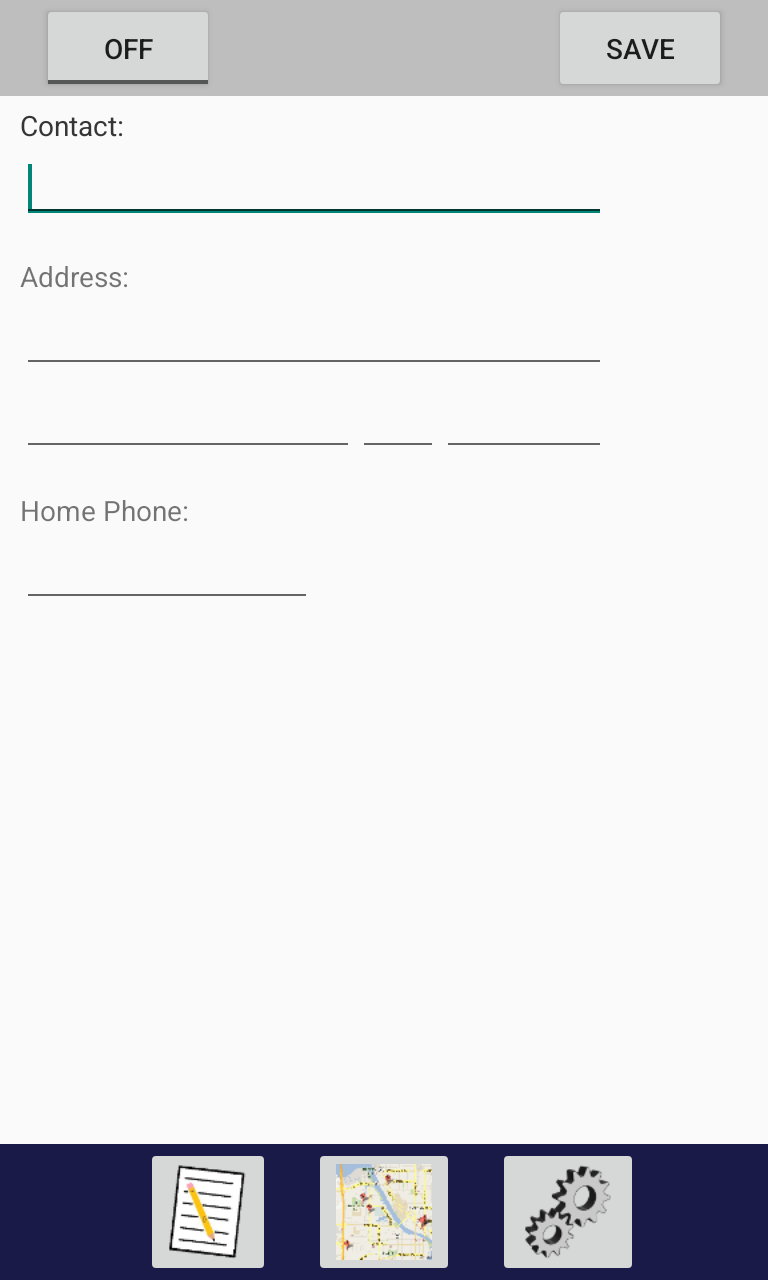
Repository: MobileApps-Cascadia/JenniferBronson_ExercisesChapter5
Layout: MyContactList/res/layout/activity_contact.xml
An editor plug-in stored every save of this project. The layout is shown before and after the next save, followed by the edit.
It is drawn on a 768 x 1280 px phone screen (xhdpi) without system bars, with theme AppTheme; the app's code is not run.

Above is the layout before, as saved 2014-04-26 22:10:11.

### MyContactList/res/layout/activity_contact.xml
<RelativeLayout xmlns:android="http://schemas.android.com/apk/res/android"
    xmlns:tools="http://schemas.android.com/tools"
    android:layout_width="match_parent"
    android:layout_height="match_parent"
    tools:context=".ContactActivity">


    <RelativeLayout
        android:id="@+id/navbar"
        android:background="@color/navbar_background"
        android:layout_width="fill_parent"
        android:layout_height="wrap_content"
        android:layout_alignParentBottom="true">

        <ImageButton
            android:id="@+id/imageButtonList"
            android:layout_width="wrap_content"
            android:layout_height="wrap_content"
            android:layout_centerVertical="true"
            android:layout_toLeftOf="@+id/imageButtonMap"
            android:layout_marginRight="20dp"
            android:src="@drawable/contactlisticon" />

        <ImageButton
            android:id="@+id/imageButtonMap"
            android:layout_width="wrap_content"
            android:layout_height="wrap_content"
            android:layout_centerVertical="true"
            android:layout_centerHorizontal="true"
            android:layout_toRightOf="@+id/imageButton1"
            android:src="@drawable/mapicon" />

        <ImageButton
            android:id="@+id/imageButtonSettings"
            android:layout_width="wrap_content"
            android:layout_height="wrap_content"
            android:layout_centerVertical="true"
            android:layout_marginLeft="20dp"
            android:layout_toRightOf="@+id/imageButtonMap"
            android:src="@drawable/settingsicon" />

    </RelativeLayout>

    <RelativeLayout
        android:id="@+id/toolbar"
        android:background="@color/toolbar_background"
        android:layout_width="match_parent"
        android:layout_height="wrap_content"
        android:layout_alignParentLeft="true"
        android:layout_alignParentTop="true"
        >

        <ToggleButton
            android:id="@+id/toggleButtonEdit"
            android:layout_width="wrap_content"
            android:layout_height="wrap_content"
            android:layout_alignParentLeft="true"
            android:layout_marginLeft="20dp"
            android:text="ToggleButton" />

        <Button
            android:id="@+id/buttonSave"
            android:layout_width="wrap_content"
            android:layout_height="wrap_content"
            android:layout_alignParentRight="true"
            android:layout_marginRight="20dp"
            android:text="Save" />

    </RelativeLayout>

    <ScrollView
        android:id="@+id/scrollView1"
        android:layout_width="match_parent"
        android:layout_height="wrap_content"
        android:layout_alignParentLeft="true"
        android:layout_below="@+id/toolbar"
        android:layout_above="@+id/navbar" >

        <RelativeLayout
            android:layout_width="match_parent"
            android:layout_height="match_parent"
           >

            <TextView
                android:id="@+id/textContact"
                android:layout_width="wrap_content"
                android:layout_height="wrap_content"
                android:text="Contact:"
                android:textAppearance="?android:attr/textAppearanceSmall"
                android:layout_alignParentLeft="true"
        		android:layout_alignParentTop="true"
        		android:layout_marginLeft="10dp"
        		android:layout_marginTop="5dp"/>

            <EditText android:id="@+id/editName"
                android:layout_width="wrap_content"
                android:layout_height="wrap_content"
                android:layout_alignParentLeft="true"
                android:layout_marginLeft="10dp"
                android:layout_below="@+id/textContact"
                android:ems="14"
                android:imeOptions="actionNext"
                android:inputType="textCapWords">

                <requestFocus/>
            </EditText>

            <TextView
                android:id="@+id/textAddress"
                android:layout_width="wrap_content"
                android:layout_height="wrap_content"
                android:layout_alignParentLeft="true"
                android:layout_below="@+id/editName"
        		android:layout_marginLeft="10dp"
        		android:layout_marginTop="15dp"
        		android:text="Address:"
        		android:textAppearance="?android:attr/textAppearanceSmall"/>

            <EditText android:id="@+id/editAddress"
                android:layout_width="wrap_content"
                android:layout_height="wrap_content"
                android:layout_alignParentLeft="true"
                android:layout_marginLeft="10dp"
                android:layout_below="@+id/textAddress"
                android:ems="14"
                android:imeOptions="actionNext"
                android:inputType="textCapWords">
            </EditText>

        <EditText android:id="@+id/editCity"
                android:layout_width="wrap_content"
                android:layout_height="wrap_content"
                android:layout_alignParentLeft="true"
                android:layout_marginLeft="10dp"
                android:layout_below="@+id/editAddress"
                android:ems="8"
                android:imeOptions="actionNext"
                android:nextFocusDown="@+id/editState"
                android:inputType="textCapWords">
            </EditText>

        <EditText android:id="@+id/editState"
                android:layout_width="wrap_content"
                android:layout_height="wrap_content"
                android:ems="2"
                android:layout_toRightOf="@+id/editCity"
                android:layout_alignBottom="@+id/editCity"
                android:maxLength="2"
                android:imeOptions="actionNext"
                android:nextFocusDown="@+id/editZipCode"
                android:inputType="textCapCharacters">
            </EditText>

        <EditText android:id="@+id/editZipcode"
                android:layout_width="wrap_content"
                android:layout_height="wrap_content"
                android:ems="4"
                android:layout_toRightOf="@+id/editState"
                android:layout_alignBottom="@+id/editState"
                android:maxLength="5"
                android:imeOptions="actionNext"
                android:nextFocusDown="@+id/editHome"
                android:inputType="numberSigned">
            </EditText>






        <TextView
                android:id="@+id/textHome"
                android:layout_width="wrap_content"
                android:layout_height="wrap_content"
                android:text="Home Phone:"
                android:layout_alignParentLeft="true"
        		android:layout_marginLeft="10dp"
        		android:layout_marginTop="15dp"
        		android:layout_below="@+id/editCity"
        		/>

            <EditText android:id="@+id/editHome"
                android:layout_width="wrap_content"
                android:layout_height="wrap_content"
                android:layout_alignParentLeft="true"
                android:layout_marginLeft="10dp"
                android:layout_below="@+id/textHome"
                android:ems="7"
                android:maxLength="14"
                android:imeOptions="actionNext"
                android:nextFocusDown="@+id/editCell"
                android:inputType="phone">

            </EditText>

            <TextView
                android:id="@+id/textCell"
                android:layout_width="wrap_content"
                android:layout_height="wrap_content"
                android:text="Contact:"
                android:textAppearance="?android:attr/textAppearanceSmall"
                android:layout_alignParentLeft="true"
        		android:layout_alignParentTop="true"
        		android:layout_marginLeft="10dp"
        		android:layout_marginTop="5dp"/>

            <EditText android:id="@+id/editCell"
                android:layout_width="wrap_content"
                android:layout_height="wrap_content"
                android:layout_alignParentLeft="true"
                android:layout_marginLeft="10dp"
                android:layout_below="@+id/textContact"
                android:ems="14"
                android:imeOptions="actionNext"
                android:inputType="textCapWords">

            </EditText>

        </RelativeLayout>
    </ScrollView>

</RelativeLayout>

### MyContactList/res/values/color.xml
<?xml version="1.0" encoding="utf-8"?>
<resources>
    <color name="navbar_background">#1a1a48</color>
    <color name="toolbar_background">#bebebe</color>

</resources>

Loaded but not shown: MyContactList/res/values/styles.xml (common file); MyContactList/res/values-v11/styles.xml (common file); MyContactList/res/values-v14/styles.xml (common file)

After the next save:
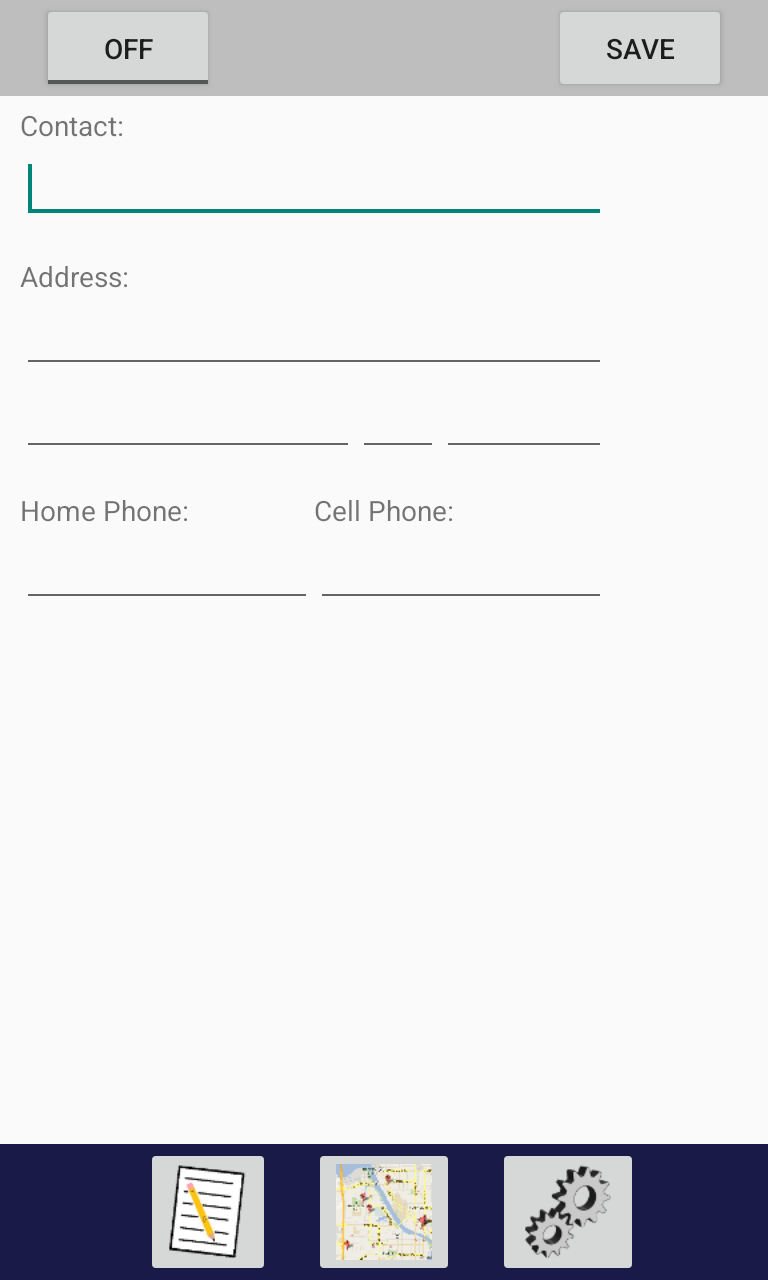
Saved 9 min 25 s later.
--- a/MyContactList/res/layout/activity_contact.xml
+++ b/MyContactList/res/layout/activity_contact.xml
@@ -197,22 +197,20 @@
                 android:id="@+id/textCell"
                 android:layout_width="wrap_content"
                 android:layout_height="wrap_content"
-                android:text="Contact:"
-                android:textAppearance="?android:attr/textAppearanceSmall"
-                android:layout_alignParentLeft="true"
-        		android:layout_alignParentTop="true"
-        		android:layout_marginLeft="10dp"
-        		android:layout_marginTop="5dp"/>
+                android:text="Cell Phone:"
+                android:layout_alignBottom="@+id/textHome"
+                android:layout_alignLeft="@+id/editCell"/>
 
             <EditText android:id="@+id/editCell"
                 android:layout_width="wrap_content"
                 android:layout_height="wrap_content"
-                android:layout_alignParentLeft="true"
-                android:layout_marginLeft="10dp"
-                android:layout_below="@+id/textContact"
-                android:ems="14"
-                android:imeOptions="actionNext"
-                android:inputType="textCapWords">
+                android:layout_alignBottom="@+id/editHome"
+                android:layout_toRightOf="@+id/editHome"
+                android:ems="7"
+                android:maxLength="14"
+                android:imeOptions="actionNext"
+                android:nextFocusDown="@+id/editEMail"
+                android:inputType="phone">
 
             </EditText>
 
